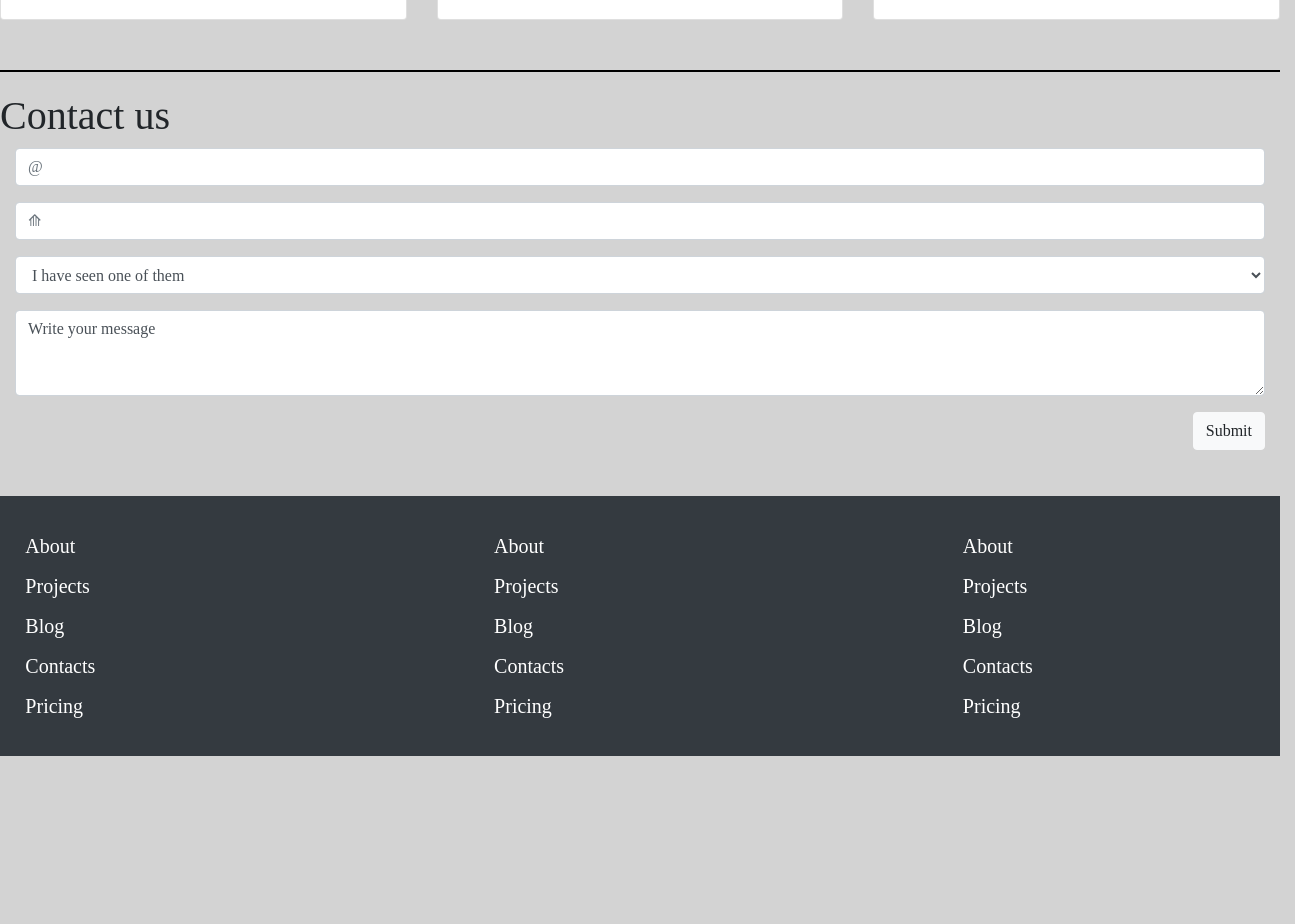
Repository: Khaleddwm/FindThePrecious
Page: index.html
These files come from the project's save history. The page is drawn as it stood at one moment and after the next save; the edit follows.
The browser window is 1280 px wide. The page is 1295 px wide, so the pictures cover 1295 px, including what lies to the right of the window. The pictures show the part of the page from y = 1840 to 2764 px (the page is 2764 px tall before and 2714 px after).
Some web fonts or font styles are not loaded; a fallback is used.

Above is the page before, as saved 2020-05-25 00:34:54.

After the next save:
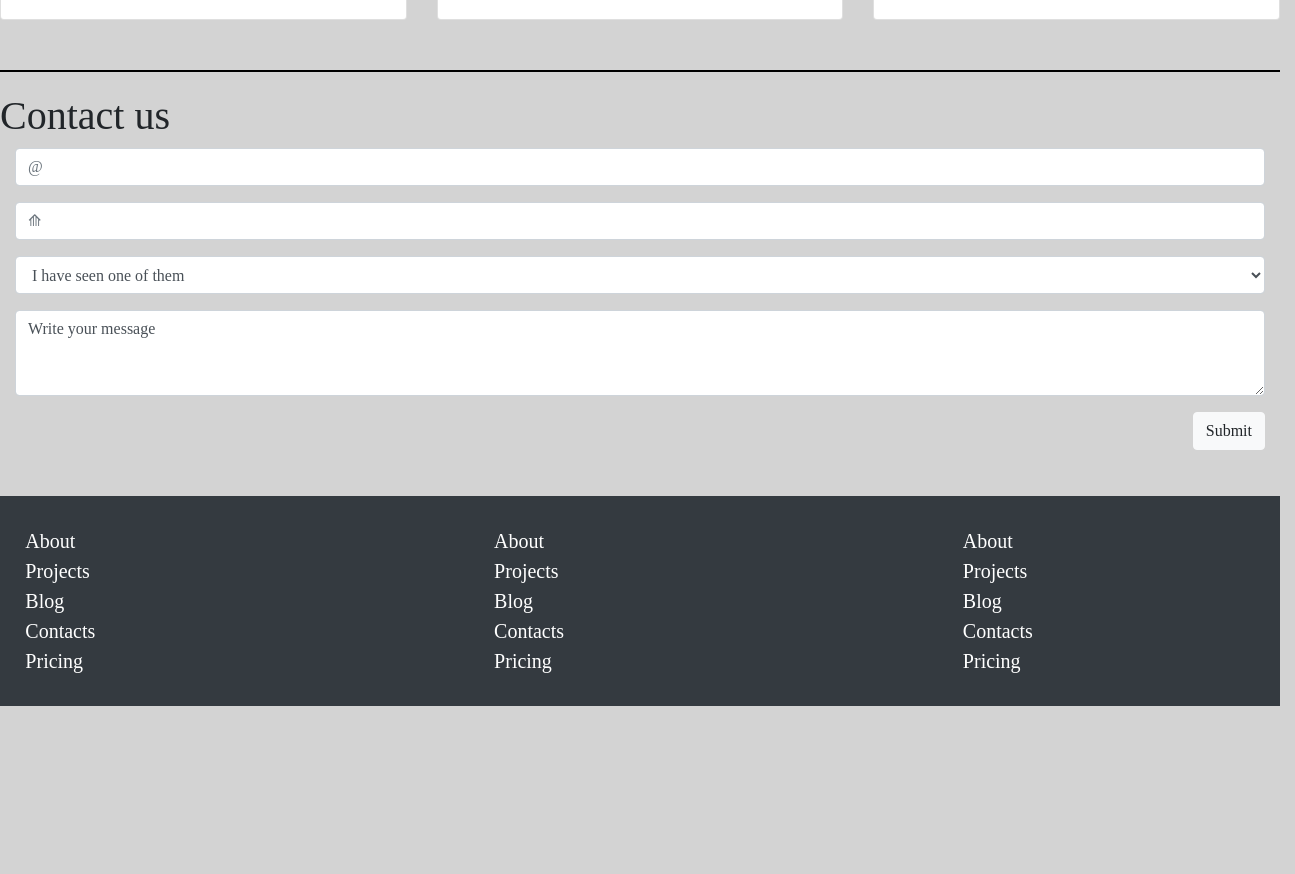
Saved 16 s later.
--- a/style.css
+++ b/style.css
@@ -89,10 +89,7 @@ footer .container-fluid {
 .footer-classic a, .footer-classic a:focus, .footer-classic a:active {
     color: white;
 }
-.nav-list li {
-    padding-top: 5px;
-    padding-bottom: 5px;
-}
+
 
 .nav-list li a:hover:before {
     margin-left: 0;
